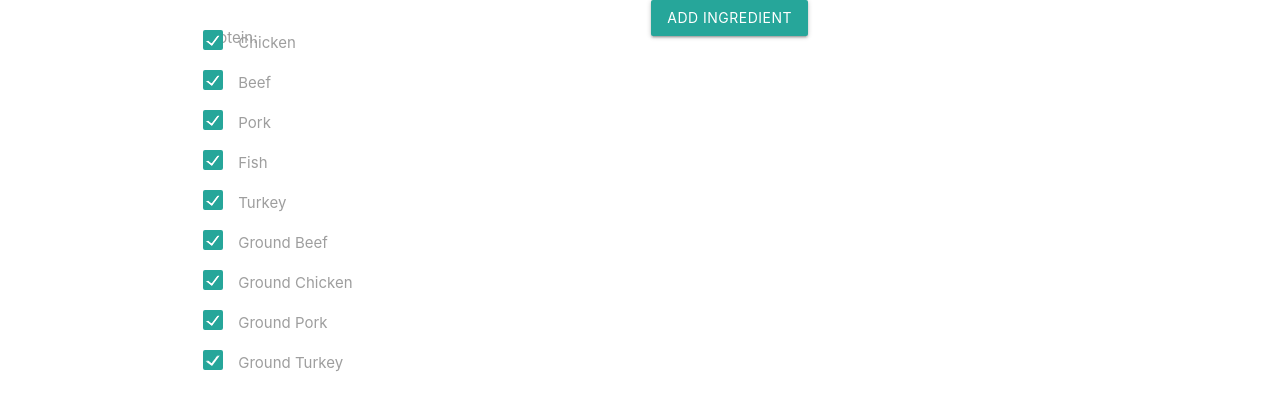
Repository: Aaron-R-Carter/Project1
Page: prototype.html
These files come from the project's save history. The page is drawn as it stood at one moment and after the next save; the edit follows.
The browser window is 1280 px wide. The pictures show the whole page.

Above is the page before, as saved 2019-10-31 23:08:58.
Console error: SyntaxError: Unexpected token '<'

After the next save:
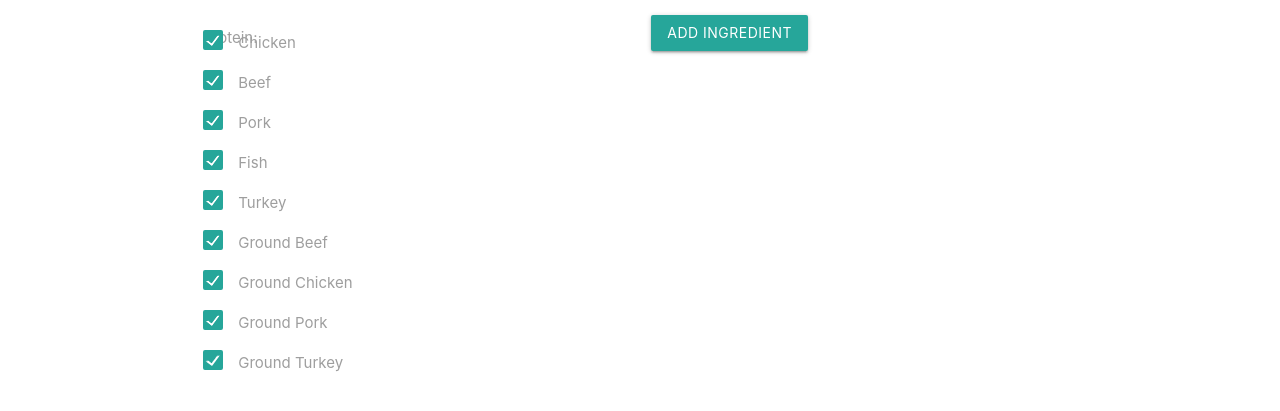
Saved 60 s later.
--- a/prototype.html
+++ b/prototype.html
@@ -75,7 +75,7 @@
                     </p>
                 </form>
             </div>
-
+            <div class="input-field col s6">
             <form id="ingredient-add-btn" class="row">
 
                 <!-- Button will trigger new ingredient to be added -->
